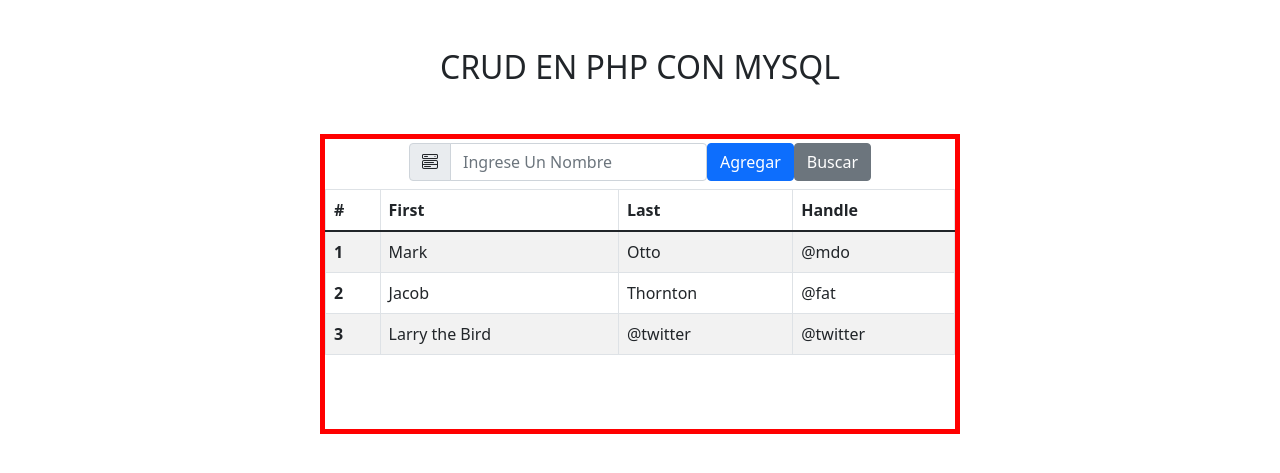
Repository: nder1996/CRUD_SENCILLO
Page: http://localhost/
These files come from the project's save history. The page is drawn as it stood at one moment and after the next save; the edit follows.
The browser window is 1280 px wide. The pictures show the whole page.
The page is run by PHP 8.4 with error messages shown; the project is at /var/www/html/.

Above is the page before, as saved 2021-10-04 20:09:55.

After the next save:
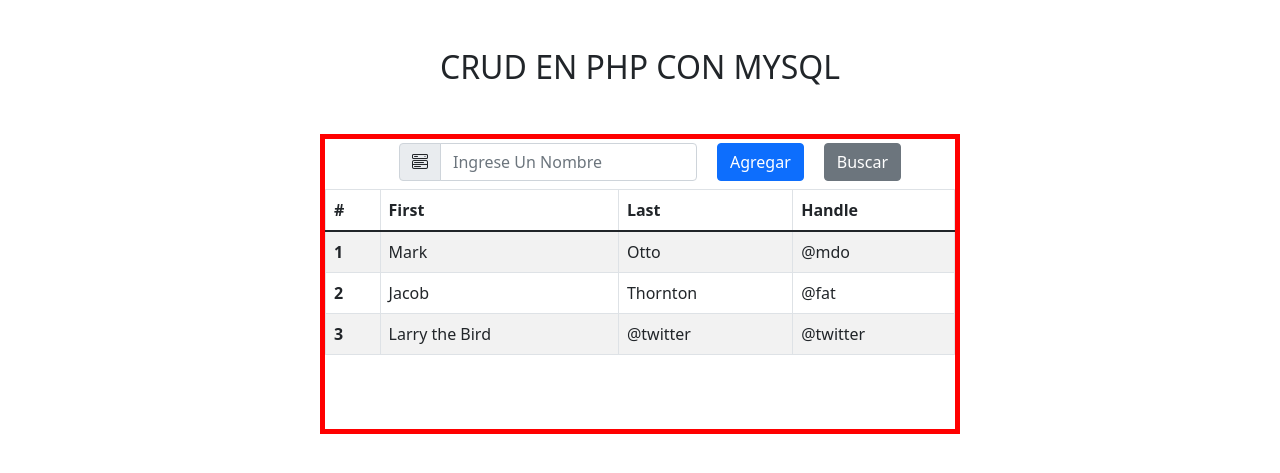
Saved 3 s later.
--- a/CRUD - SILENCIADO/css/estilos.css
+++ b/CRUD - SILENCIADO/css/estilos.css
@@ -6,7 +6,7 @@
 }
 
 .input_button{
-   /* border:5px solid red;
+   /* border:5px solid red;*/
 }
 
 .input_button section{
